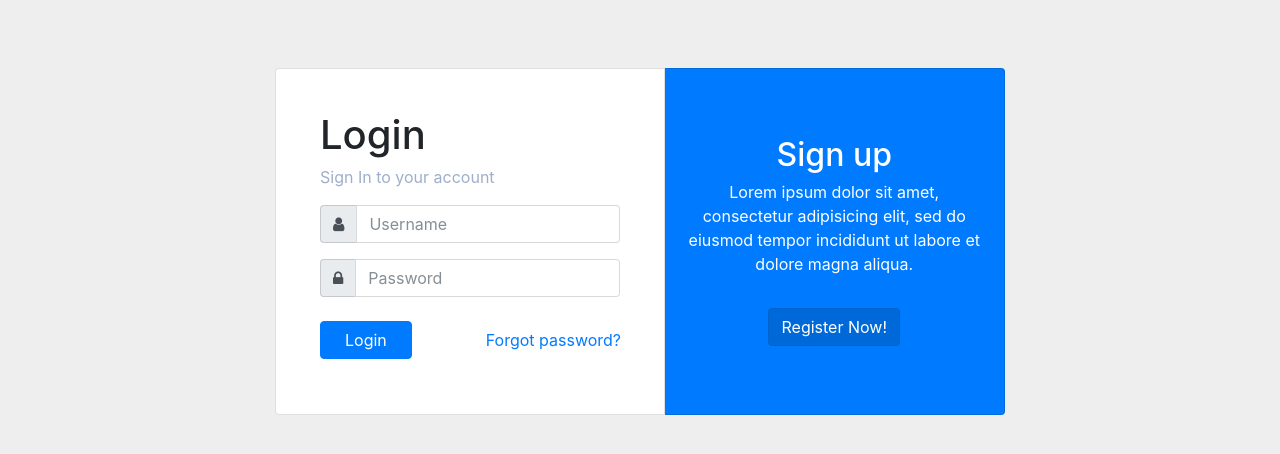
Repository: PRIYANSHU4032/Spring
Page: http://localhost/OurService/views/clientpage.jsp
The author's editor kept a copy of each file at every save. The page is drawn from the files as they stood at one save, then again after the next save.
The browser window is 1280 px wide. The pictures show the whole page.
Some web libraries are served in a nearby version. The page is served by Tomcat 9.

Above is the page before, as saved 2024-04-05 08:00:56.
Console error (its wording comes from the project's code and is left out).

After the next save:
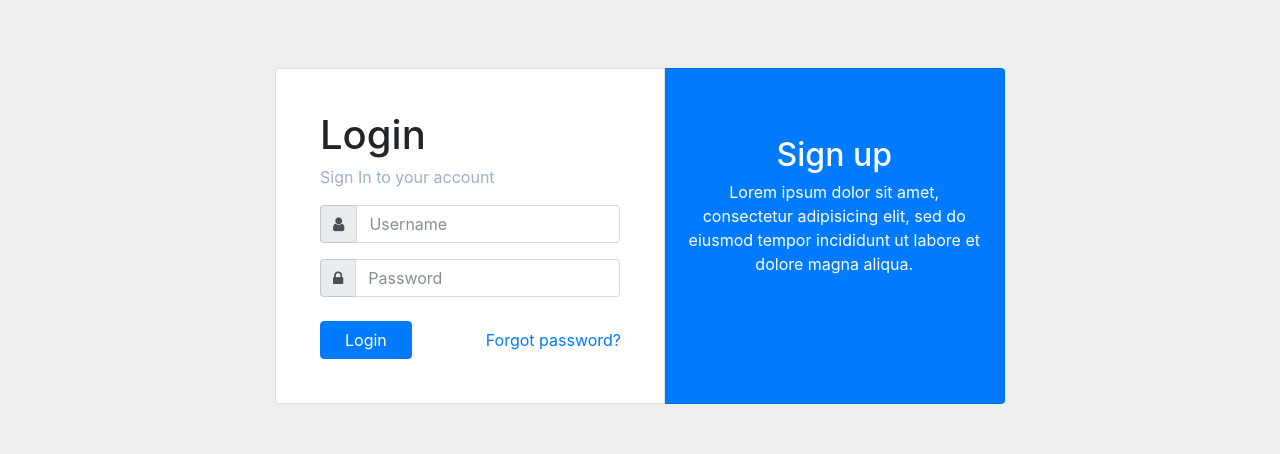
Saved 92 s later.
--- a/OurService/src/main/webapp/views/clientpage.jsp
+++ b/OurService/src/main/webapp/views/clientpage.jsp
@@ -115,7 +115,7 @@ p {
               <div>
                 <h2>Sign up</h2>
                 <p>Lorem ipsum dolor sit amet, consectetur adipisicing elit, sed do eiusmod tempor incididunt ut labore et dolore magna aliqua.</p>
-                <button type="submit" onclick="/views/dashboard.jsp"class="btn btn-primary active mt-3">Register Now!</button>
+                <a href="/views/dashboard.jsp">register</a>
               </div>
             </div>
           </div>
